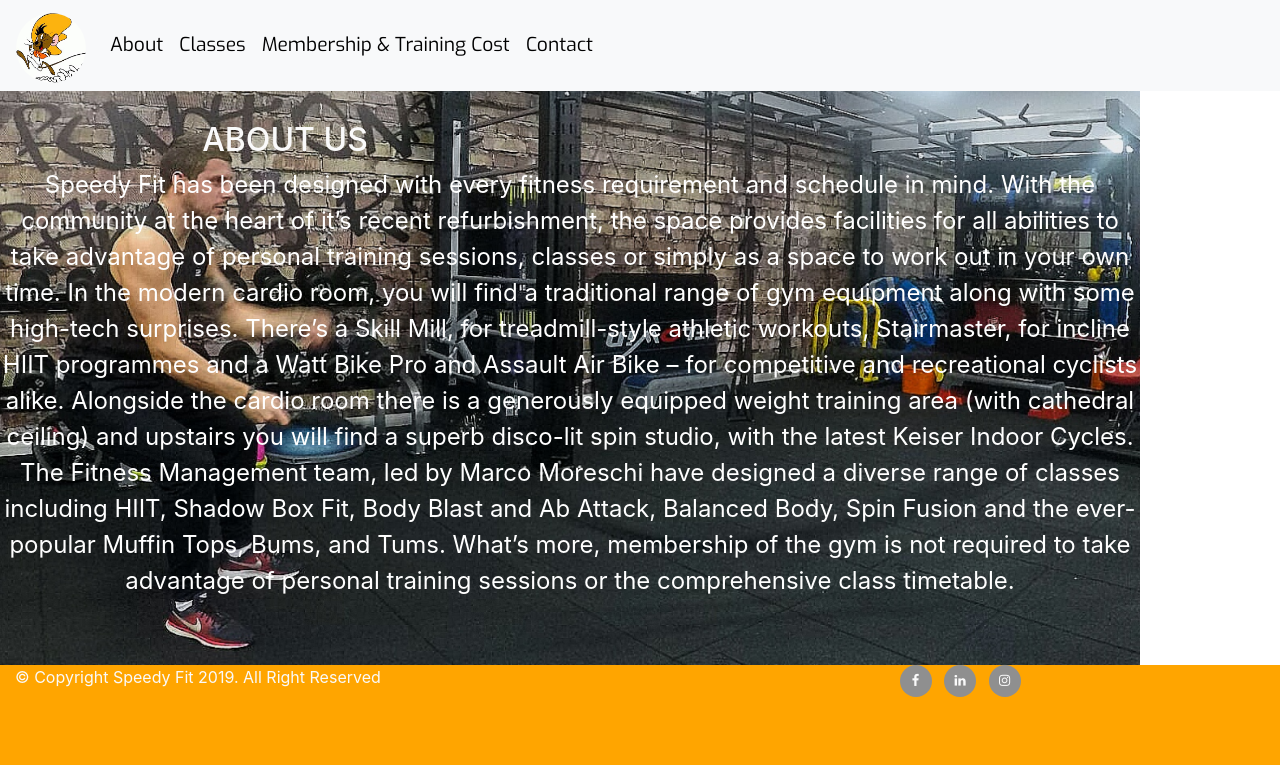
Repository: marcomoreschi/Milestrone-project
Page: index.html
The author's editor kept a record of every edit. The page is drawn from the files as they stood at one moment, then again after the next edit.
The browser window is 1280 px wide. The pictures show the whole page.
Some web libraries are served in a nearby version.

Above is the page before.

After the next edit:
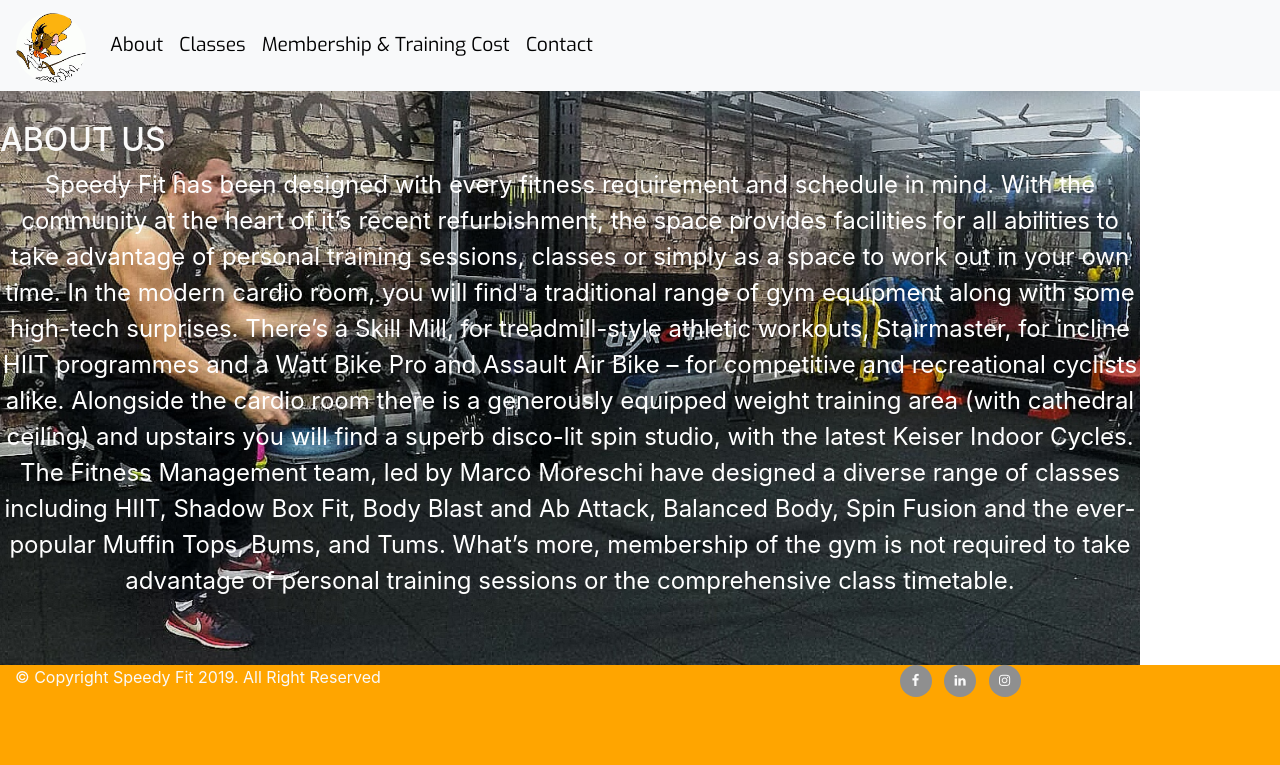
The edit:
--- a/index.html
+++ b/index.html
@@ -46,7 +46,7 @@
 
         <div class="row">
 
-            <h2 class="col-sm-6">About Us</h2>
+            <h2>About Us</h2>
 
             <p class "col-sm-> Speedy Fit has been designed with every fitness requirement and schedule in mind. With the community at the heart of it’s recent refurbishment, the space provides facilities for all abilities to take advantage of personal training sessions, classes
             or simply as a space to work out in your own time. In the modern cardio room, you will find a traditional range of gym equipment along with some high-tech surprises. There’s a Skill Mill, for treadmill-style athletic workouts, Stairmaster,
